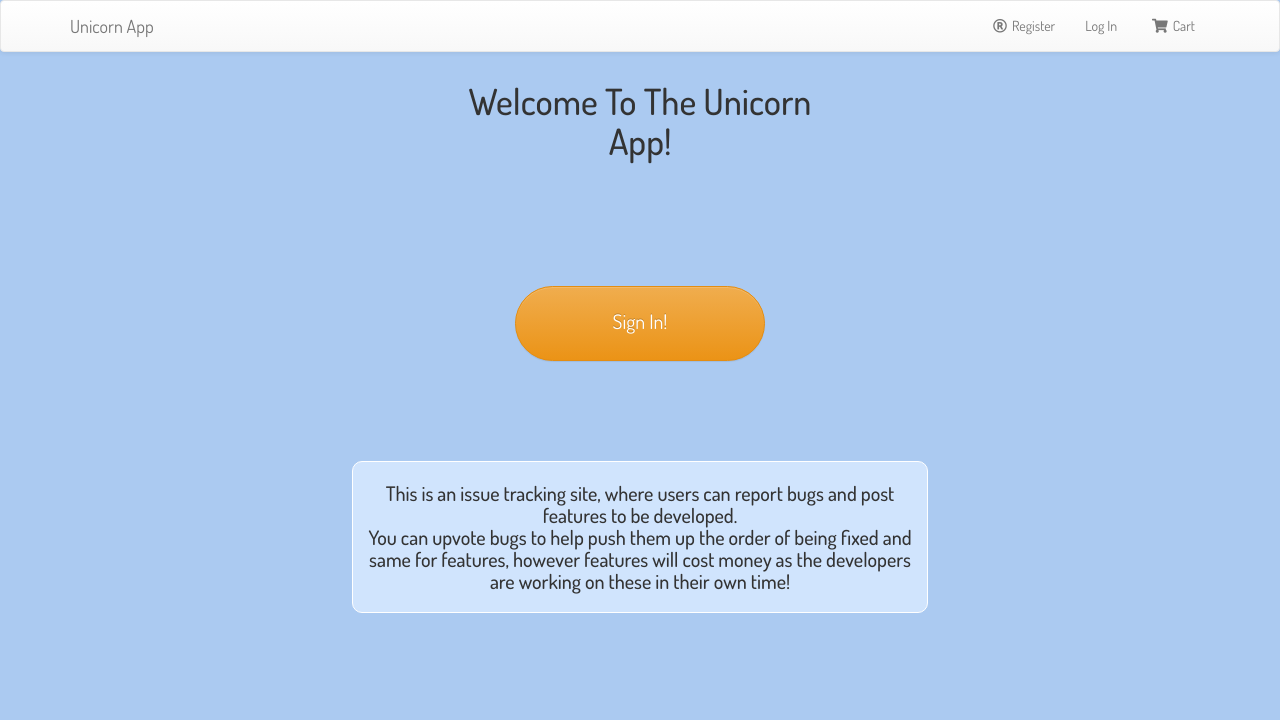
Repository: twdstudent/Project-5-Unicorn
Page: home/templates/index.html
The author's editor kept a record of every edit. The page is drawn from the files as they stood at one moment, then again after a run of edits.
The browser window is 1280 px wide. The pictures show the whole page.
Some web fonts or font styles are not loaded; a fallback is used. Some web libraries are served in a nearby version. The template is drawn by Django 2.2. The application's start-up code is not run. The template is opened directly, without the code that normally fills it, so the values that code supplies are empty.

Above is the page before.

After the next 2 edits:
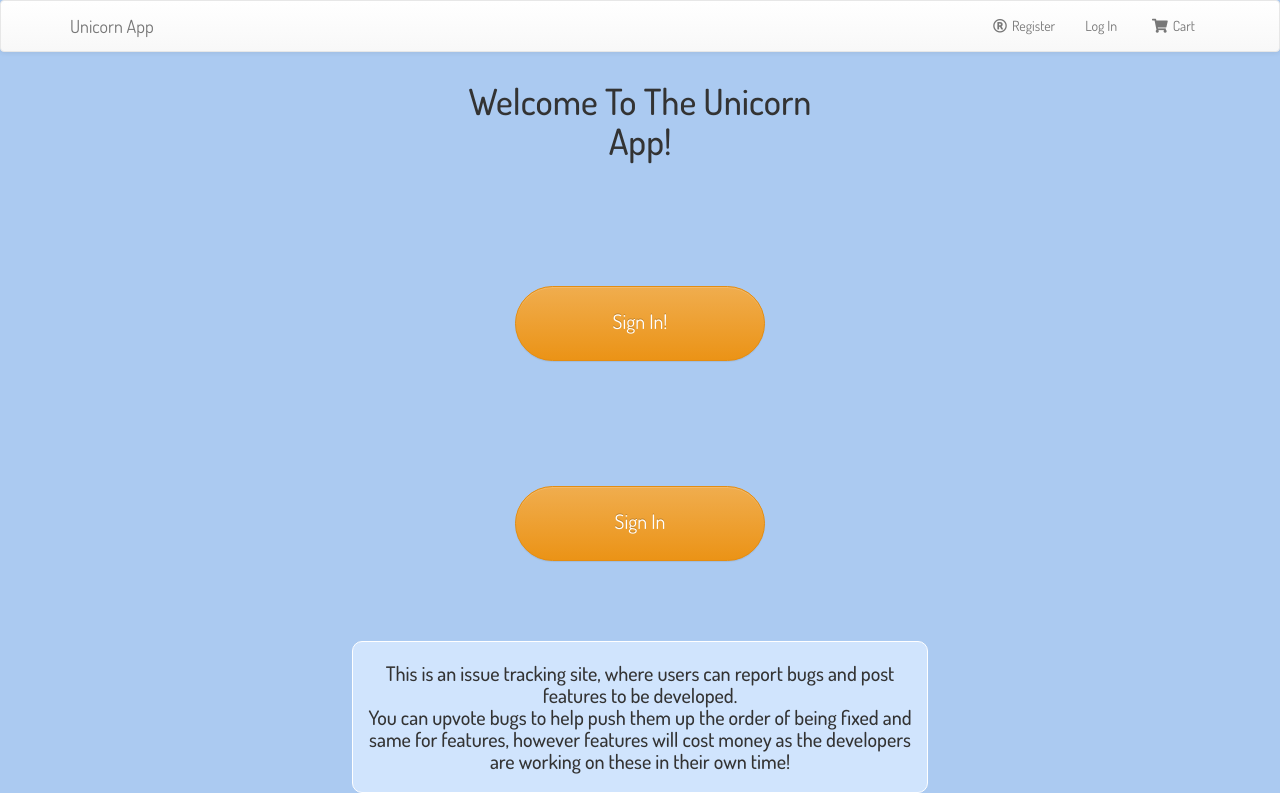
The 2 edits are shown as one change because 1 did not build or start.
The edit:
--- a/accounts/templates/index.html
+++ b/accounts/templates/index.html
@@ -12,19 +12,19 @@
     <div <div class="button-main-page">
         {% if user.is_authenticated %}
         <a href="{% url 'logout' %}" class="btn-mod btn btn-danger">Sign Out</a>
-        {%  else %}
+        {% else %}
+        <a href="{% url 'login' %}" class="btn-mod btn btn-warning">Sign In</a>
+        {% endif %}
     </div>
 </div>
 
 
-{% endif %}
+
 
 <div class='site-info'>
     <p class="h5">
         This is an issue tracking site, where users can report bugs and post features to be developed.
-        <br>
-        You can upvote bugs to help push them up the order of being fixed and same for features, however features will cost money as the developers are working on these
-        in their own time!
+        <br> You can upvote bugs to help push them up the order of being fixed and same for features, however features will cost money as the developers are working on these in their own time!
     </p>
 </div>
 
